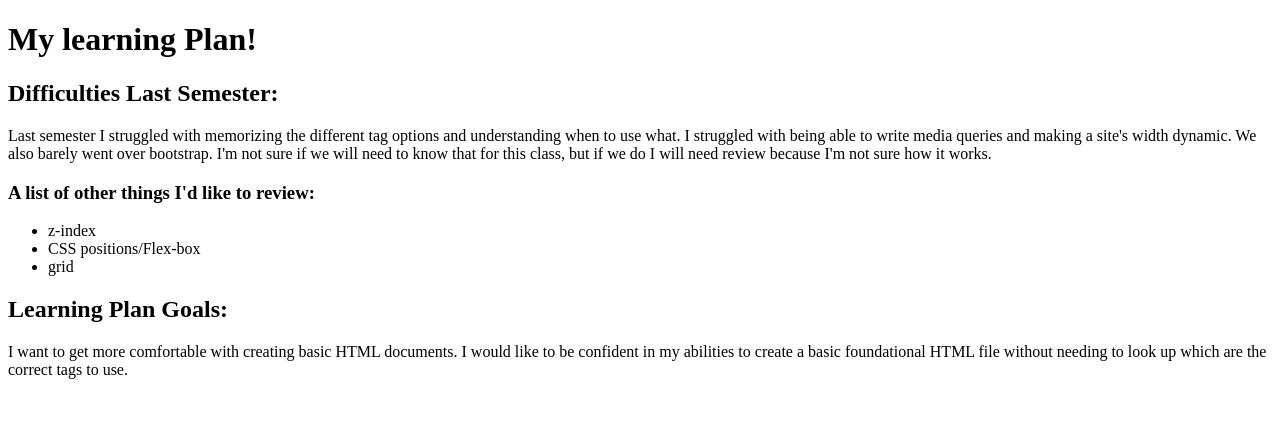
Repository: awollf/mdia-2109
Page: learning-plan.html
These files come from the project's save history. The page is drawn as it stood at one moment and after the next save; the edit follows.
The browser window is 1280 px wide. The pictures show the whole page.

Above is the page before, as saved 2026-01-26 11:47:48.

### learning-plan.html
<!DOCTYPE html>
<html lang="en">
<head>
    <meta charset="UTF-8">
    <meta name="viewport" content="width=device-width, initial-scale=1.0">
    <title>Learning Plan</title>
</head>
<body>
    <h1>My learning Plan!</h1>

    <h2>Difficulties Last Semester:</h2>
    <p>Last semester I struggled with memorizing the different tag options and understanding when to use what.
        I struggled with being able to write media queries and making a site's width dynamic.
        We also barely went over bootstrap. I'm not sure if we will need to know that for this class, but if we do
        I will need review because I'm not sure how it works.
    </p>

    <h3>A list of other things I'd like to review:</h3>
    <ul>
        <li>z-index</li>
        <li>CSS positions/Flex-box</li>
        <li>grid</li>
    </ul>

    <h2>Learning Plan Goals:</h2>
    <p>I want to get more comfortable with creating basic HTML documents. I would like to be confident in my abilities
        to create a basic foundational HTML file without needing to look up which are the correct tags to use. </p>

</body>
</html>

After the next save:
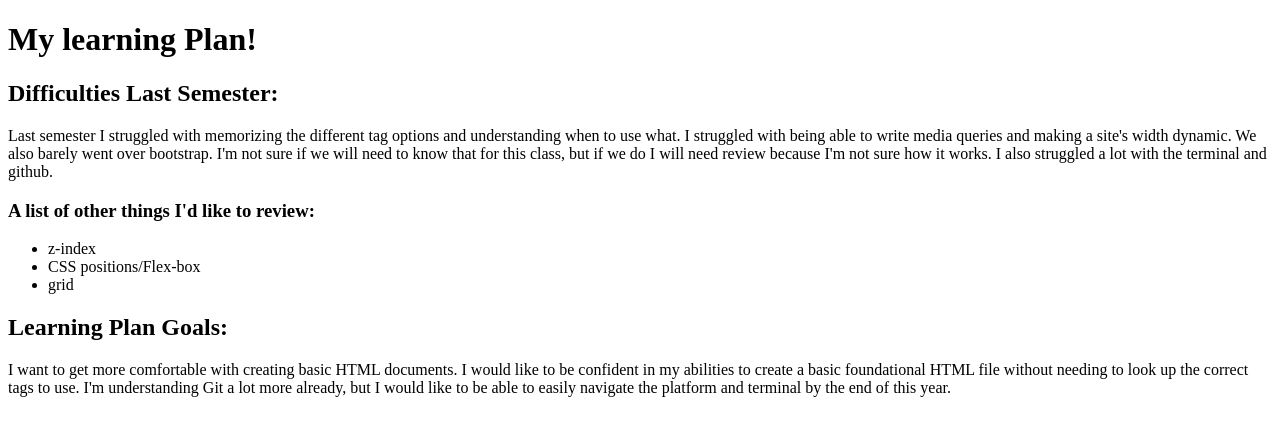
Saved 3 min 8 s later.
--- a/learning-plan.html
+++ b/learning-plan.html
@@ -12,7 +12,7 @@
     <p>Last semester I struggled with memorizing the different tag options and understanding when to use what.
         I struggled with being able to write media queries and making a site's width dynamic.
         We also barely went over bootstrap. I'm not sure if we will need to know that for this class, but if we do
-        I will need review because I'm not sure how it works.
+        I will need review because I'm not sure how it works. I also struggled a lot with the terminal and github.
     </p>
 
     <h3>A list of other things I'd like to review:</h3>
@@ -24,7 +24,8 @@
 
     <h2>Learning Plan Goals:</h2>
     <p>I want to get more comfortable with creating basic HTML documents. I would like to be confident in my abilities
-        to create a basic foundational HTML file without needing to look up which are the correct tags to use. </p>
+    to create a basic foundational HTML file without needing to look up the correct tags to use. I'm understanding Git a lot more already,
+    but I would like to be able to easily navigate the platform and terminal by the end of this year. </p>
 
 </body>
 </html>
